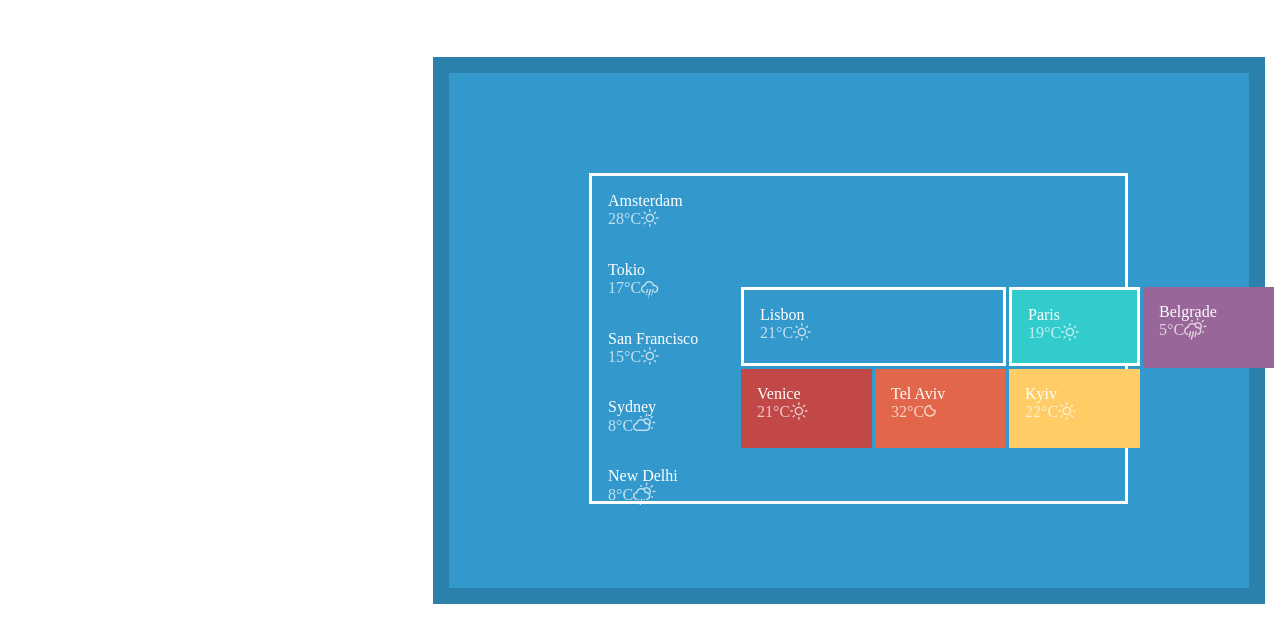
Repository: shpakovskaya/github.io
Page: boxsizing/weatherforecast/index.html
These files come from the project's save history. The page is drawn as it stood at one moment and after the next save; the edit follows.
The browser window is 1280 px wide. The pictures show the whole page.

Above is the page before, as saved 2021-11-27 22:50:49.

### boxsizing/weatherforecast/index.html
<!DOCTYPE html>
<html lang="en">
  <head>
    <meta charset="UTF-8" />
    <meta http-equiv="X-UA-Compatible" content="IE=edge" />
    <meta name="viewport" content="width=device-width, initial-scale=1.0" />
    <link
      rel="stylesheet"
      href="https://cdnjs.cloudflare.com/ajax/libs/normalize/8.0.1/normalize.min.css"
      integrity="sha512-NhSC1YmyruXifcj/KFRWoC561YpHpc5Jtzgvbuzx5VozKpWvQ+4nXhPdFgmx8xqexRcpAglTj9sIBWINXa8x5w=="
      crossorigin="anonymous"
      referrerpolicy="no-referrer"
    />
    <link
      rel="stylesheet"
      href="./icons/weather-icons-master/css/weather-icons.min.css"
    />
    <link rel="stylesheet" href="./style.css" />

    <link
      rel="shortcut icon"
      href="./premium-icon-satellite-6129641.ico"
      type="image/x-icon"
    />
    <title>Weatherforecast</title>
  </head>
  <body>
    <div class="conteiner">
      <!-- Main content -->
      <div class="items__wrapper">
        <ul class="c-items__wrapper">
          <li class="e-item__1">
            Lisbon <br /><span>21&degC<i class="wi wi-day-sunny"></i></span>
          </li>
          <li class="e-item__2">
            Paris <br /><span>19&degC<i class="wi wi-day-sunny"></i></span>
          </li>
          <li class="e-item__3">
            Belgrade <br /><span>5&degC<i class="wi wi-day-rain"></i></span>
          </li>
          <li class="e-item__4">
            Venice <br /><span>21&degC<i class="wi wi-day-sunny"></i></span>
          </li>
          <li class="e-item__5">
            Tel Aviv <br /><span>32&degC<i class="wi wi-night-clear"></i></span>
          </li>
          <li class="e-item__6">
            Kyiv <br /><span>22&degC<i class="wi wi-day-sunny"></i> </span>
          </li>
          <li class="e-item__7">
            Amsterdam <br /><span>28&degC<i class="wi wi-day-sunny"></i></span>
          </li>
          <li class="e-item__8">
            Tokio <br /><span>17&degC<i class="wi wi-hail"></i></span>
          </li>
          <li class="e-item__9">
            San Francisco <br /><span
              >15&degC<i class="wi wi-day-sunny"></i
            ></span>
          </li>
          <li class="e-item__10">
            Sydney <br /><span>8&degC<i class="wi wi-day-cloudy"></i> </span>
          </li>
          <li class="e-item__11">
            New Delhi <br /><span>8&degC<i class="wi wi-day-sleet"></i></span>
          </li>
        </ul>
      </div>
    </div>
  </body>
</html>

### boxsizing/weatherforecast/style.css
* {
  box-sizing: border-box;
  margin: 0;
  padding: 0;
}

.conteiner {
  width: 832px;
  height: 547px;
  position: relative;
  top: 57px;
  left: 433px;
  border: 16px solid #2b81ac;
  background-color: #3399cc;
}

.items__wrapper {
  position: absolute;
  width: 539px;
  height: 331px;
  left: 140px;
  top: 100px;
  border: 3px solid #ffffff;
  transition: all 0.1s ease-in;
  color: #ffffff;
}

li {
  list-style: none;
  padding: 16px;
}

span {
  opacity: 0.7;
}

.c-items__wrapper {
}
.e-item__1 {
  display: inline-block;
  align-items: center;
  position: absolute;
  width: 265px;
  height: 79px;
  left: 149px;
  top: 111px;
  border: 3px solid #ffffff;
  /* display: inline-flex; */
  /* justify-content: center; */
}

.e-item__2 {
  position: absolute;
  width: 131px;
  height: 79px;
  left: 417px;
  top: 111px;
  border: 3px solid #ffffff;
  background: #33cccc;
}

.e-item__3 {
  position: absolute;
  width: 131px;
  height: 81px;
  left: 551px;
  top: 111px;
  background: #996699;
}

.e-item__4 {
  position: absolute;
  width: 131px;
  height: 79px;
  left: 149px;
  top: 193px;
  background: #c24747;
}

.e-item__5 {
  position: absolute;
  width: 131px;
  height: 79px;
  left: 283px;
  top: 193px;
  background: #e2674a;
}

.e-item__6 {
  position: absolute;
  width: 131px;
  height: 79px;
  left: 417px;
  top: 193px;
  background: #ffcc66;
}

.e-item__7 {
}

Loaded but not shown: boxsizing/weatherforecast/icons/weather-icons-master/css/weather-icons.min.css (library)

After the next save:
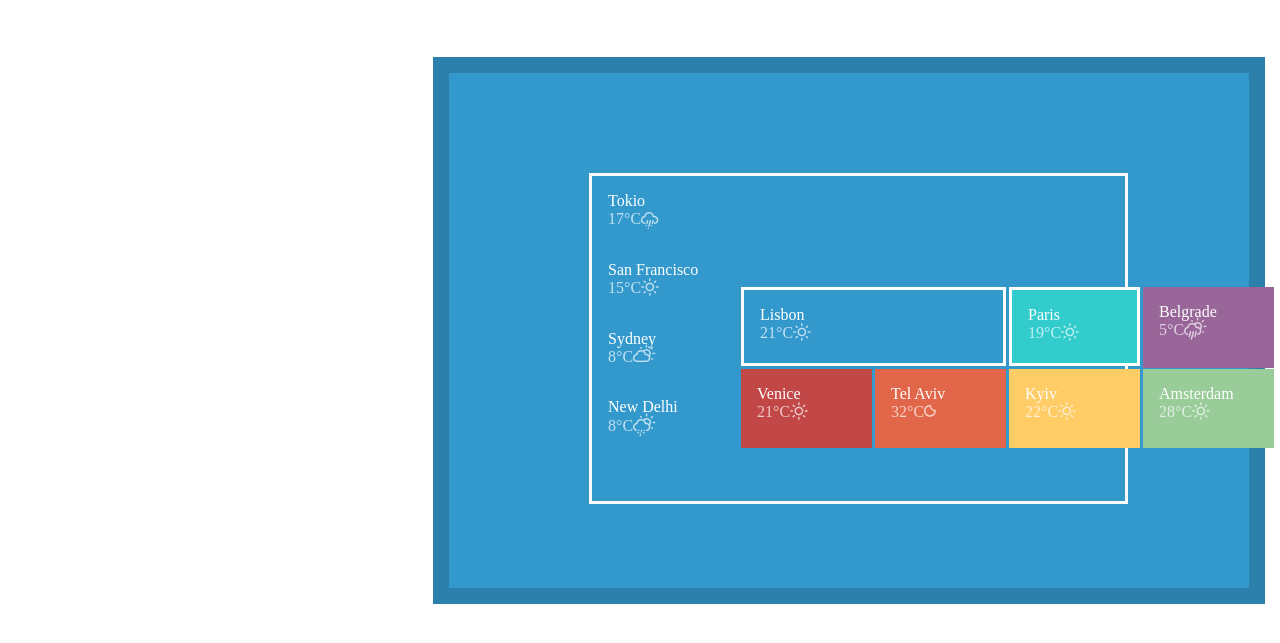
Saved 14 s later.
--- a/boxsizing/weatherforecast/style.css
+++ b/boxsizing/weatherforecast/style.css
@@ -96,4 +96,10 @@ span {
 }
 
 .e-item__7 {
+  position: absolute;
+  width: 131px;
+  height: 79px;
+  left: 551px;
+  top: 193px;
+  background: #99cc99;
 }
